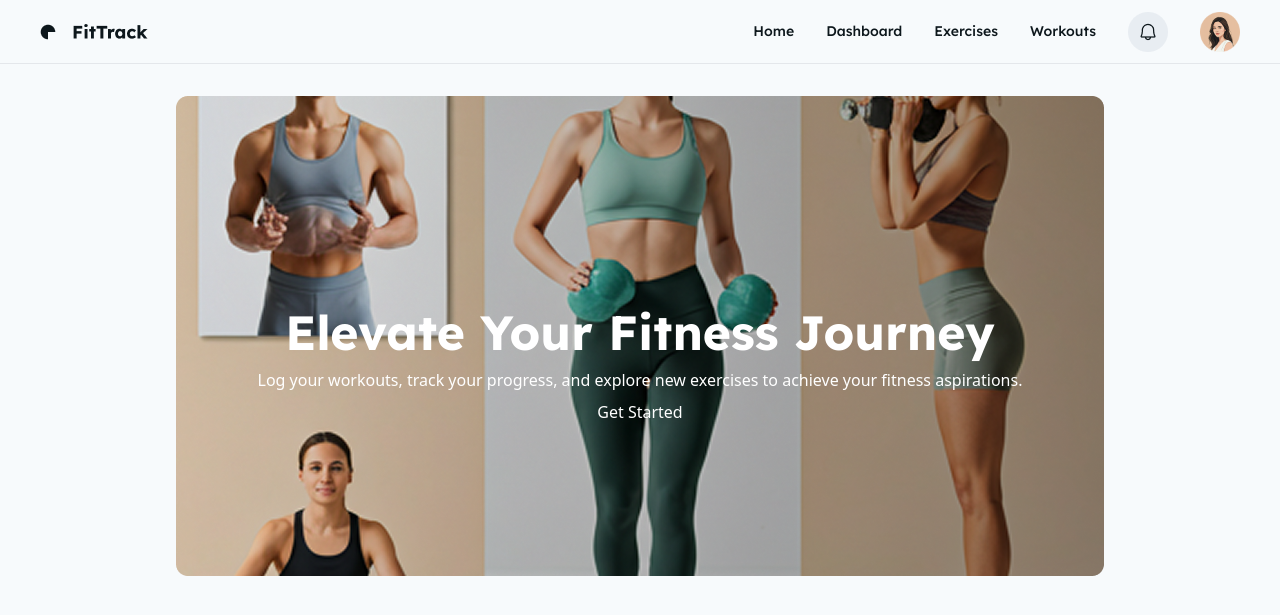
Repository: Emy-gold/fitness-tracking-platform
Page: /
An editor plug-in stored every save of this project. The page is shown before and after the next save, followed by the edit.
The browser window is 1280 px wide. The pictures show the whole page.
The project was rebuilt for these pictures with package versions that can differ from the ones it lists, and the page was loaded fresh each time. Also part of the build but not shown: vite.config.js, src/Pages/Dashboard.jsx, src/Pages/Exercises.jsx, src/Pages/Workouts.jsx, src/components/Footer.jsx.

Above is the page before, as saved 2025-08-24 22:22:28.

After the next save:
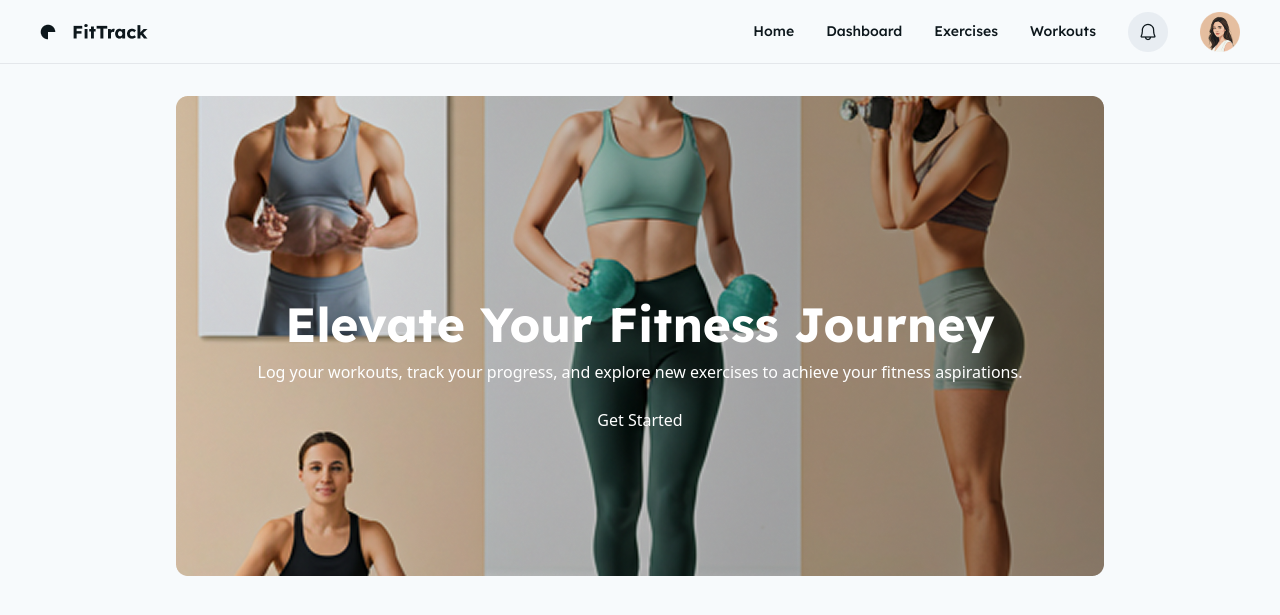
Saved 79 s later.
--- a/src/Pages/Home.jsx
+++ b/src/Pages/Home.jsx
@@ -10,8 +10,8 @@ function Home() {
                     <img src={homepic} className="" />
                     <div className="absolute inset-0 flex flex-col items-center justify-center text-center text-white ">
                         <h1 className='text-5xl font-lexend font-bold p-3'>Elevate Your Fitness Journey</h1>
-                        <p>Log your workouts, track your progress, and explore new exercises to achieve your fitness aspirations.</p>
-                        <button className='pt-2'>Get Started</button>
+                        <p className='mb-6'>Log your workouts, track your progress, and explore new exercises to achieve your fitness aspirations.</p>
+                        <button className=''>Get Started</button>
                     </div>
                 </section >
                 <section></section>
